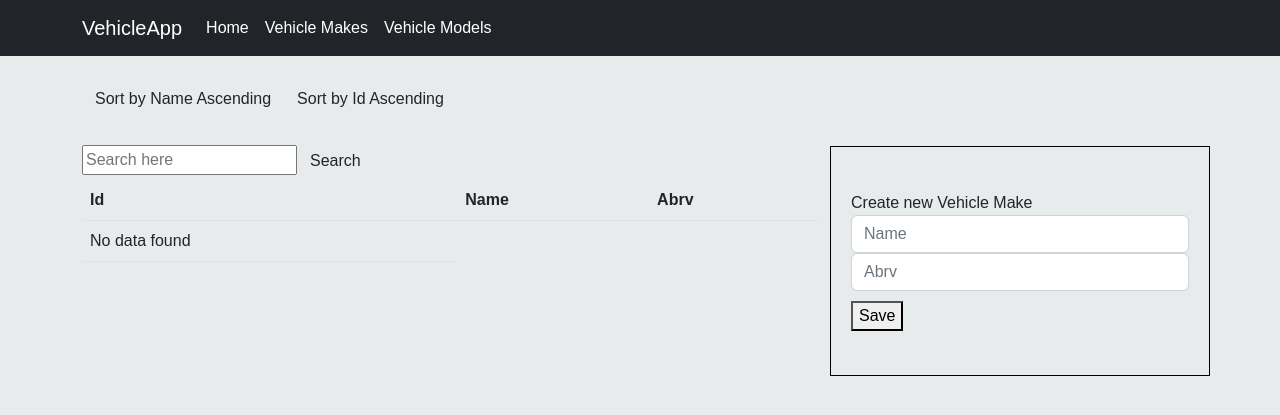
Repository: magdalenarajic/VehicleFrontend
Page: /Makes
These files come from the project's save history. The page is drawn as it stood at one moment and after the next save; the edit follows.
The browser window is 1280 px wide. The pictures show the whole page.
The page's requests for data from a server got no answer. The project was rebuilt for these pictures with package versions that can differ from the ones it lists, and the page was loaded fresh each time. No one was signed in, and anything a server would have sent is missing. Also part of the build but not shown: src/components/Home.js, src/services/modelService.js, src/stores/modelStore.js, src/components/VehicleModel.js.

Above is the page before, as saved 2023-03-10 19:56:01.

After the next save:
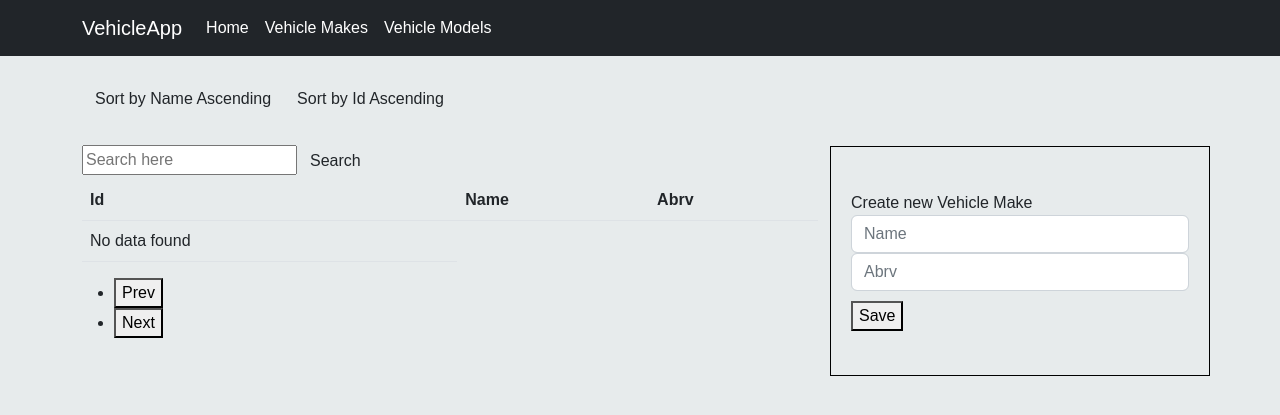
Saved 13 h 33 min later.
--- a/src/components/VehicleMake.js
+++ b/src/components/VehicleMake.js
@@ -157,6 +157,17 @@ const MakeList = () => {
                     )}
                   </tbody>
                 </Table>
+                <Col>
+                <ul className="pageNumbers">
+               <li>
+                   <button>Prev</button>
+               </li>
+
+                <li>
+                   <button > Next</button>
+               </li>
+            </ul>
+            </Col>
               </Col>
               <Col
                 sm={4}
